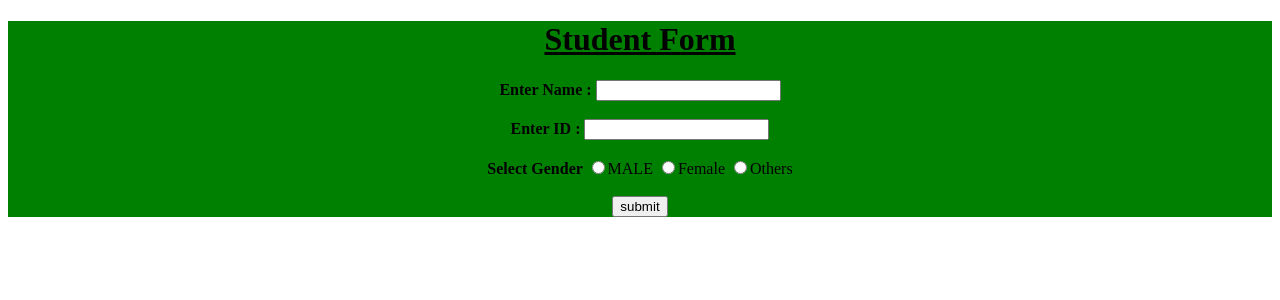
Repository: VIJAYkollu-7568/rakhi
Page: ServletProject/src/main/webapp/form.html
The author's editor kept a copy of each file at every save. The page is drawn from the files as they stood at one save, then again after the next save.
The browser window is 1280 px wide. The pictures show the whole page.

Above is the page before, as saved 2024-11-06 17:09:42.

After the next save:
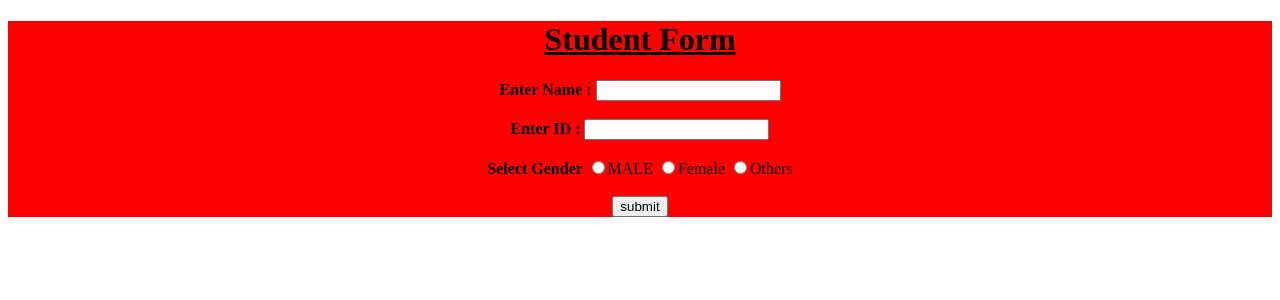
Saved 37 s later.
--- a/ServletProject/src/main/webapp/form.html
+++ b/ServletProject/src/main/webapp/form.html
@@ -5,7 +5,7 @@
 <title>Student Form</title>
 </head>
 <body>
-<form style="background-color:green;" align="center" method="post" action="hello">
+<form style="background-color:red;" align="center" method="post" action="hello">
 <b><h1 align="center"><u>Student Form</u></h1></b>
 <b>Enter Name : </b><input type="text" name="name" required />
 <br><br>
@@ -17,7 +17,7 @@
 <br>
 <br>
 <input  type="submit" name="submit" value="submit"required>
-
+<style style="background-color:green;>
 
 </form>
 </body>
